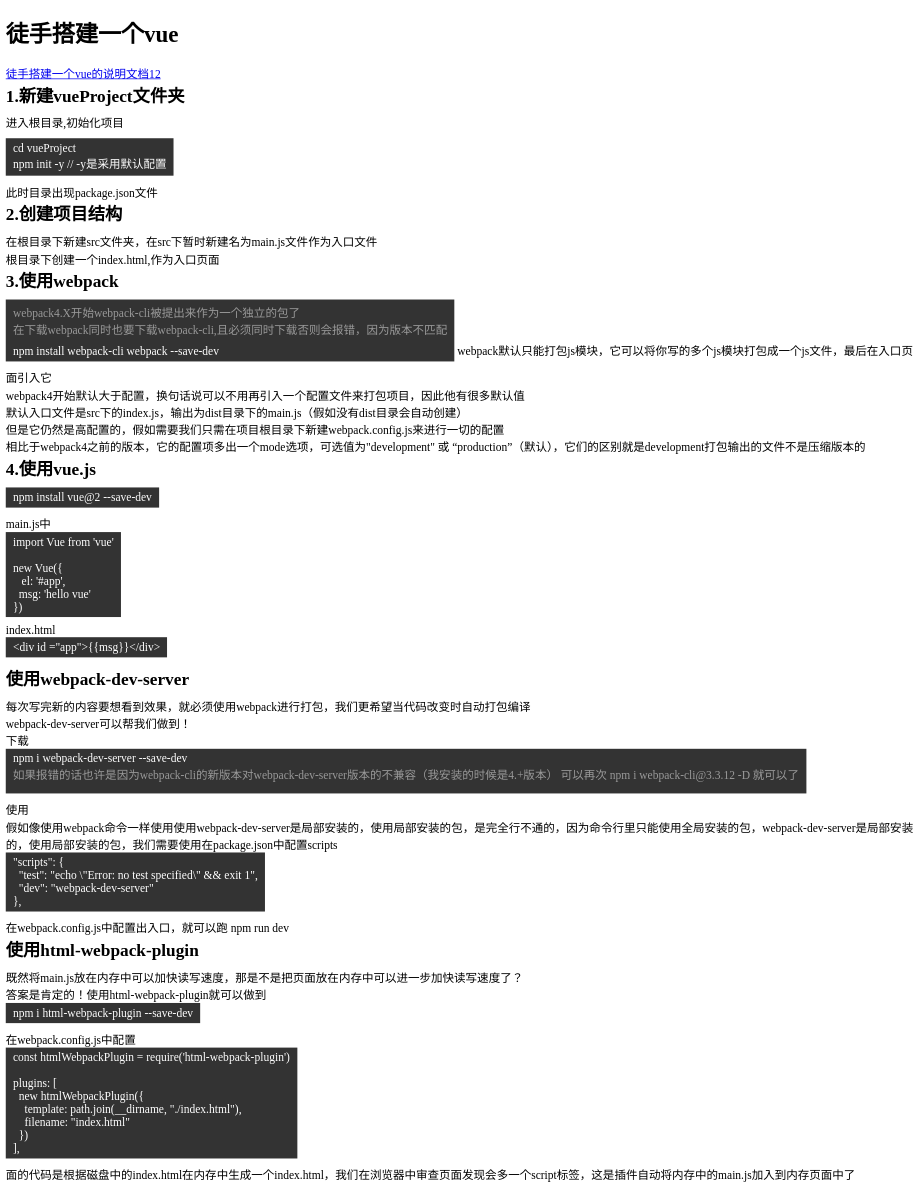
Repository: yuWhy/vue-build-cli
Page: /#/vueBuild
The author's editor kept a copy of each file at every save. The page is drawn from the files as they stood at one save, then again after the next save.
The browser window is 1280 px wide. The pictures show the whole page, at 72% of full size.
The project was rebuilt for these pictures with package versions that can differ from the ones it lists, and the page was loaded fresh each time. Also part of the build but not shown: webpack.config.js, src/router/index.js.

Above is the page before, as saved 2021-02-19 17:04:09.

After the next save:
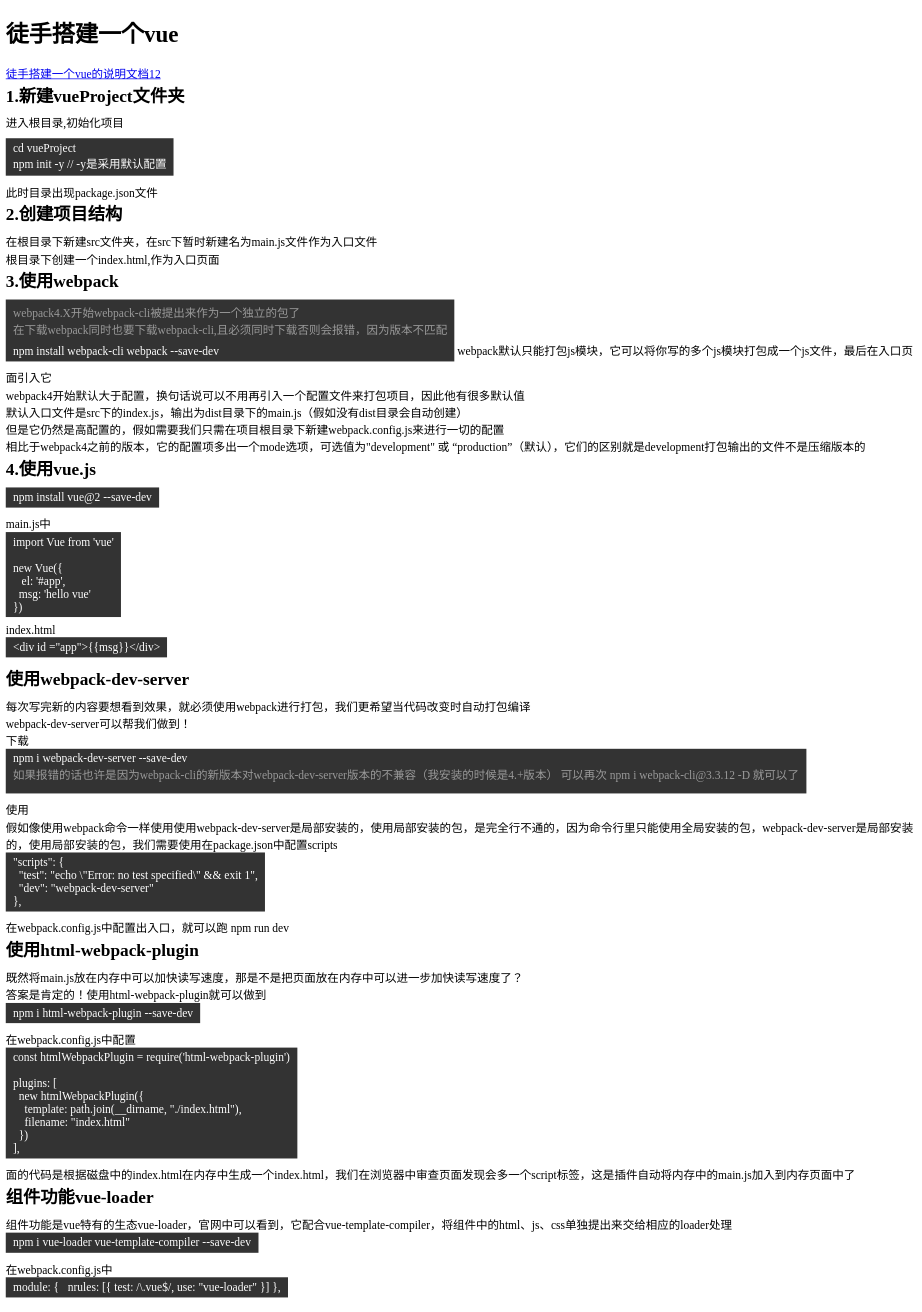
Saved 113 s later.
--- a/src/components/vue-build.vue
+++ b/src/components/vue-build.vue
@@ -67,6 +67,15 @@
         ],<br>
     </div><br>
     面的代码是根据磁盘中的index.html在内存中生成一个index.html，我们在浏览器中审查页面发现会多一个script标签，这是插件自动将内存中的main.js加入到内存页面中了<br>
+  <h2>组件功能vue-loader</h2>
+  组件功能是vue特有的生态vue-loader，官网中可以看到，它配合vue-template-compiler，将组件中的html、js、css单独提出来交给相应的loader处理<br>
+  <div class="dimk">npm i vue-loader vue-template-compiler --save-dev</div><br>
+  在webpack.config.js中<br>
+  <div class="dimk">
+    module: {
+      &nbsp;&nbsp;nrules: [{ test: /\.vue$/, use: "vue-loader" }]
+    },
+  </div><br>
   </div>
 </template>
 <script>
